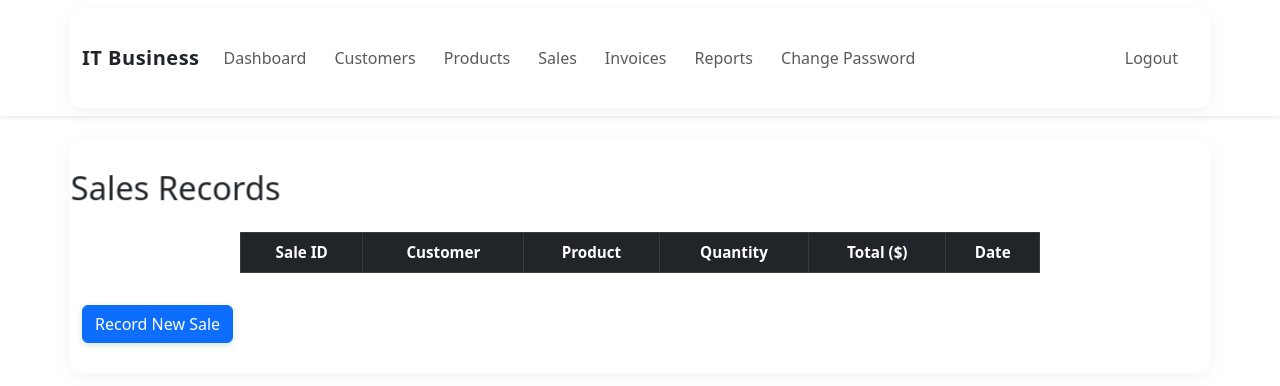
Repository: asmsaifulislam/it_business
Page: http://localhost/sales
The author's editor kept a copy of each file at every save. The page is drawn from the files as they stood at one save, then again after a run of saves.
The browser window is 1280 px wide. The pictures show the whole page.
The page is served by the project's application, run on Flask 3 (app.py). The session is filled in as if someone had signed in: {"user_id": 1}. Queries for data that is not in the repository find no rows.

Above is the page before, as saved 2025-09-06 21:30:29.

After the next 2 saves:
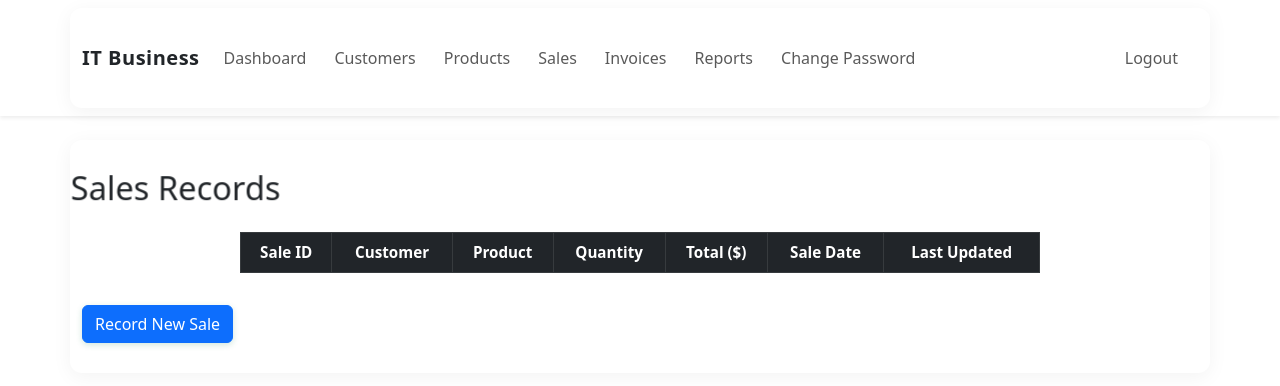
The 2 saves are shown as one change because they came seconds apart.
The last was saved 4 min 17 s later.
--- a/templates/sales.html
+++ b/templates/sales.html
@@ -11,7 +11,8 @@
             <th>Product</th>
             <th>Quantity</th>
             <th>Total ($)</th>
-            <th>Date</th> <!-- ✅ New Column -->
+            <th>Sale Date</th>
+            <th>Last Updated</th>
         </tr>
     </thead>
     <tbody>
@@ -22,7 +23,8 @@
             <td>{{ sale.product.name }}</td>
             <td>{{ sale.quantity }}</td>
             <td>${{ "%.2f"|format(sale.total) }}</td>
-            <td>{{ sale.sale_date.strftime('%Y-%m-%d') if sale.sale_date else '' }}</td> <!-- ✅ New Data Cell -->
+            <td>{{ sale.sale_date.strftime('%Y-%m-%d') if sale.sale_date else 'N/A' }}</td>
+            <td>{{ sale.updated_at.strftime('%Y-%m-%d %H:%M') if sale.updated_at else 'N/A' }}</td>
         </tr>
         {% endfor %}
     </tbody>
